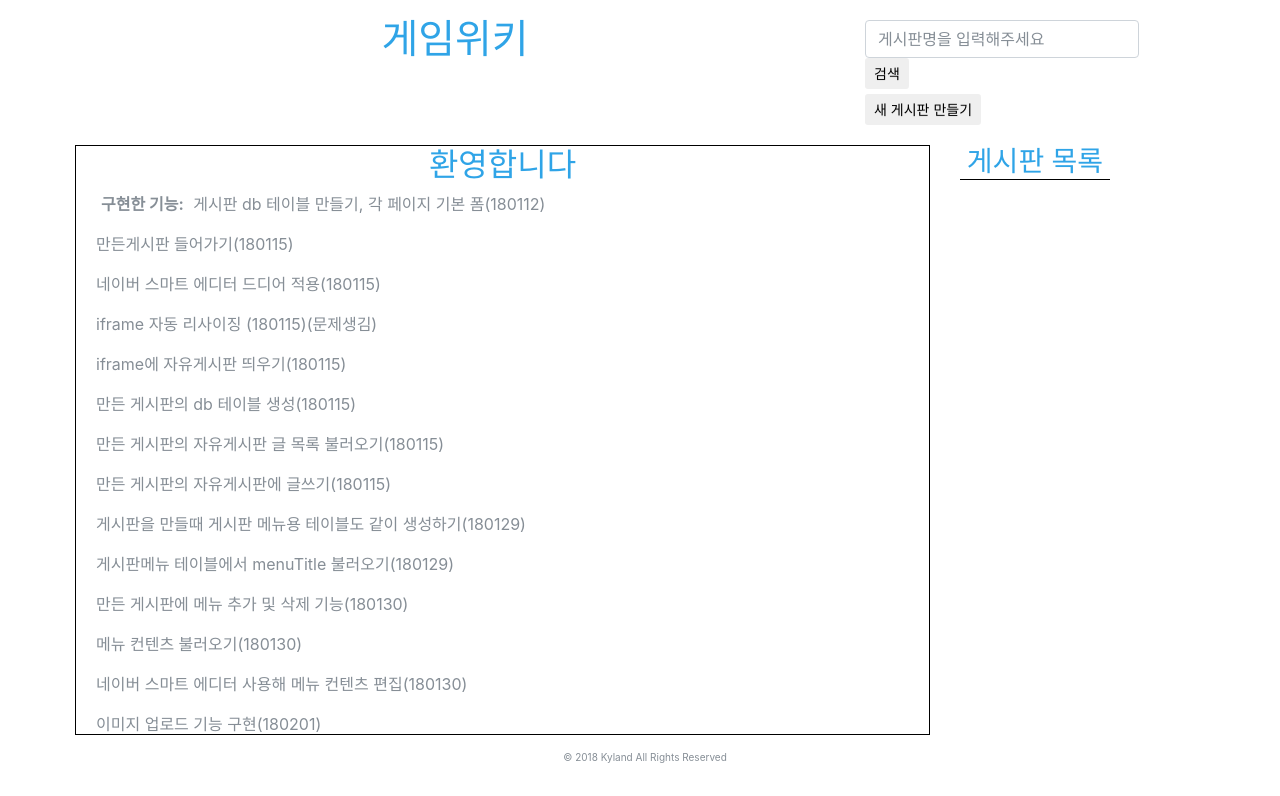
Repository: sithslord/GameWiki
Page: http://localhost/JSPBoard/MainPage/Main.jsp
The author's editor kept a copy of each file at every save. The page is drawn from the files as they stood at one save, then again after the next save.
The browser window is 1280 px wide. The pictures show the whole page.
An inner scrolling area shows only its first screen. The page is served by Tomcat 9. Other server files are loaded and not shown.

Above is the page before, as saved 2018-02-05 09:09:54.
Console error (its wording comes from the project's code and is left out).

### ReWork/JSPBoard/WebContent/MainPage/Main.jsp
<%@ page language="java" contentType="text/html; charset=EUC-KR"
	pageEncoding="EUC-KR"%>
<%@ taglib prefix="c" uri="http://java.sun.com/jsp/jstl/core"%>

<!DOCTYPE html PUBLIC "-//W3C//DTD HTML 4.01 Transitional//EN" "http://www.w3.org/TR/html4/loose.dtd">
<html>
<head>
<meta http-equiv="Content-Type" content="text/html; charset=EUC-KR">
<title>게임 위키</title>
<link rel="stylesheet" href="../css/bootstrap.css">
<script src="../js/bootstrap.js"></script>

<style type="text/css">
* {
	margin: 5px;
	padding: 0;
}

#info {
	height: 590px;
	border: 1px solid black;
	overflow: scroll;
}

#news {
	height: auto;
}

#news h3 {
	border-bottom: 1px solid black;
}


#copyright {
	font-size: 10px;
}

.hyper {
	link {text-decoration: none;
	color: black;
}

visitied {
	text-decoration: none;
	color: black;
}

action {
	text-decoration: none;
	color: black;
}

hover {
	text-decoration: none;
	color: black;
}
}
</style>
</head>
<body>
	<div class="container">
		<div class="row">
			<div id="banner" class="col-sm-8">
				<a class="hyper" href="main.do" align="center"><h1>게임위키</h1></a>
			</div>
			<div id="srch" class="col-sm-3">
				<form action="search" method="post" class="form-inline">
					<input type="text" name="srch" class="form-control" placeholder="게시판명을 입력해주세요"> <input
						type="button" onclick="location.href ='../MainPage/NotReady.jsp'" class="btn btn-default btn-sm" value="검색">
				</form>

				<form action="makeboard.do" method="post">
					<input type="submit" class="btn btn-default btn-sm pull-right" value="새 게시판 만들기">
				</form>
			</div>
		</div>

	<div class="row">
		<div id="info" class="col-sm-9">
			<h2 align="center">환영합니다</h2>

			<p>
				<strong>구현한 기능:</strong> 게시판 db 테이블 만들기, 각 페이지 기본 폼(180112)
			</p>
			<p>만든게시판 들어가기(180115)</p>
			<p>네이버 스마트 에디터 드디어 적용(180115)</p>
			<p>iframe 자동 리사이징 (180115)(문제생김)</p>
			<p>iframe에 자유게시판 띄우기(180115)</p>
			<p>만든 게시판의 db 테이블 생성(180115)</p>
			<p>만든 게시판의 자유게시판 글 목록 불러오기(180115)</p>
			<p>만든 게시판의 자유게시판에 글쓰기(180115)</p>
			<p>게시판을 만들때 게시판 메뉴용 테이블도 같이 생성하기(180129)</p>
			<p>게시판메뉴 테이블에서 menuTitle 불러오기(180129)</p>
			<p>만든 게시판에 메뉴 추가 및 삭제 기능(180130)</p>
			<p>메뉴 컨텐츠 불러오기(180130)</p>
			<p>네이버 스마트 에디터 사용해 메뉴 컨텐츠 편집(180130)</p>
			<p>이미지 업로드 기능 구현(180201)</p>
			<p>부트스트랩을 이용한 디자인(약간)(180205)</p>
			<p>미구현된 기능 막아놓기(180205)</p>
			<p>게시판 생성시 대문 페이지 생성 및 수정가능(180205)</p>

			</br>
			<p>
				<strong>구현중인 기능:</strong>
			</p>
			<p>iframe 리사이징 기능구현</p>
			<p>connection Pool</p>
			<p>검색기능</p>
			</br>

			<p>
				<strong>문제:</strong> crate테이블 작동안함(테이블 이름에 ' ' 가 입력되어 쿼리
				오류)...(180117)(해결)
			</p>
			<p>해결방법 = String 쿼리를 나눠서 나중에 합쳐서 입력</p>
			<p>한글 입력이 ??? 로 표시(180117) ->해결(180118)</p>
			<p>모든 jsp페이지를 euc-kr로 인코딩= 실패</p>
			<p>mysql 모든 인코딩을 euc-kr로 바꿈 = 실패</p>
			<p>원인=get방식때문 /해결방법=톰캣 server.xml에서 connector에
				URIEncoding="EUC-KR"추가해줌</p>
			<p>iframe자동 리사이징 작동불가(임시방편으로 스크롤로 대체)</p>
			<p>업로드한 이미지가 화면을 벗어나는 현상(해결)</p>
			</br>

			<p>
				<strong>보류중인 기능:</strong> 로그인
			</p>


		</div>

		<div id="news" class="col-sm-2">
			<h3 align="center">게시판 목록</h3>
			<c:forEach items="${news }" var="dto">
				<p>
					<a href="board_view.do?bdId=${dto.bdId }&bdTitle=${dto.bdTitle }">${dto.bdTitle }</a>
				</p>
			</c:forEach>

		</div>
	</div>

	<div class="row">
	<div class="col-sm-12">

		<p align="center" id="copyright">&copy; 2018 Kyland All Rights Reserved</p>
	</div>
	</div>
	</div>



</body>
</html>

Loaded but not shown: ReWork/JSPBoard/WebContent/css/bootstrap.css (library); ReWork/JSPBoard/WebContent/js/bootstrap.js (library)

After the next save:
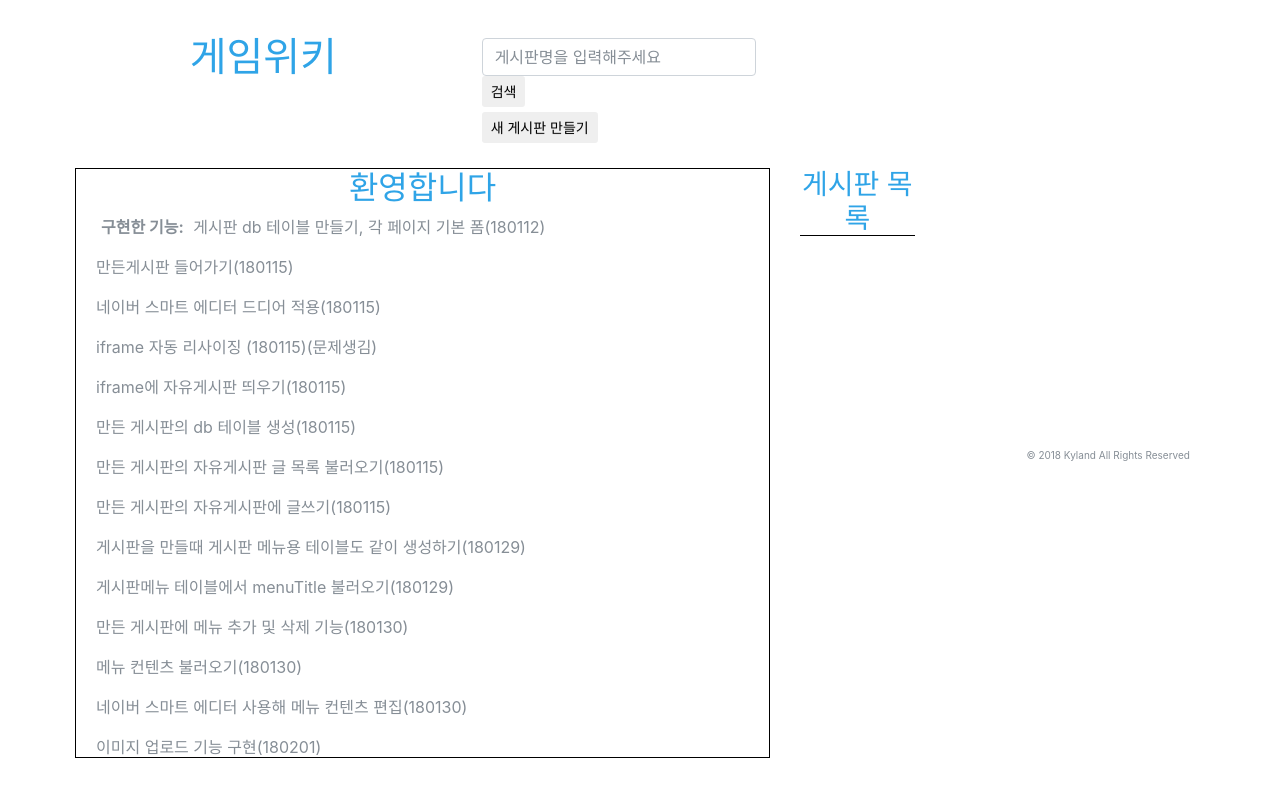
Saved 2 min 52 s later.
--- a/ReWork/JSPBoard/WebContent/MainPage/Main.jsp
+++ b/ReWork/JSPBoard/WebContent/MainPage/Main.jsp
@@ -58,6 +58,7 @@ hover {
 </style>
 </head>
 <body>
+<nav class="navbar navbar-default">
 	<div class="container">
 		<div class="row">
 			<div id="banner" class="col-sm-8">
